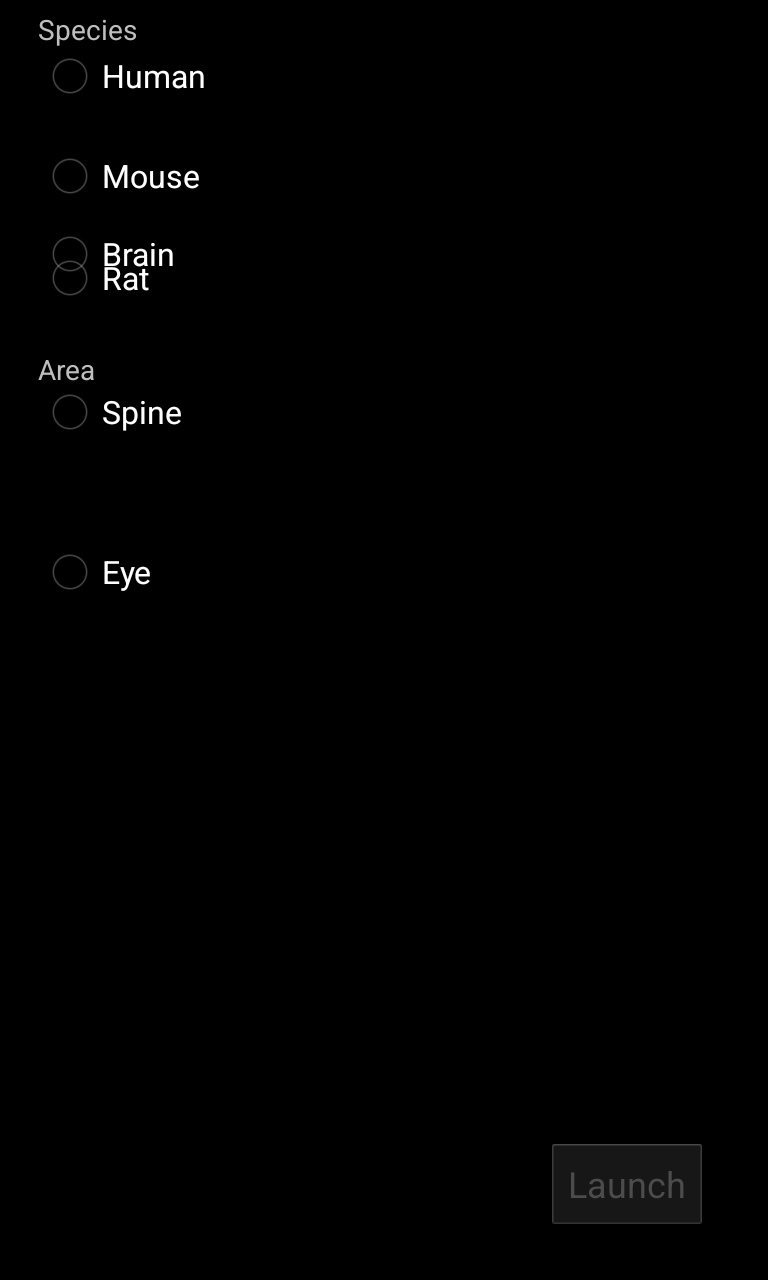
Repository: Ekarg/CSCE315Project3
Layout: Project3/res/layout/activity_main.xml
An editor plug-in stored every save of this project. The layout is shown before and after the next save, followed by the edit.
It is drawn on a 768 x 1280 px phone screen (xhdpi) without system bars, with theme android:Theme.Holo; the app's code is not run.

Above is the layout before, as saved 2013-11-27 19:57:09.

### Project3/res/layout/activity_main.xml
<RelativeLayout xmlns:android="http://schemas.android.com/apk/res/android"
    xmlns:tools="http://schemas.android.com/tools"
    android:layout_width="match_parent"
    android:layout_height="match_parent"
    android:paddingBottom="5dp"
    android:paddingLeft="5dp"
    android:paddingRight="5dp"
    android:paddingTop="5dp"
    tools:context=".MainActivity" >

    <Button
        android:id="@+id/button1"
        android:layout_width="wrap_content"
        android:layout_height="wrap_content"
        android:layout_alignParentBottom="true"
        android:layout_alignParentRight="true"
        android:layout_marginBottom="19dp"
        android:layout_marginRight="24dp"
        android:enabled = "false"
		android:onClick="launch"
        android:text="@string/Button" />

    <TextView
        android:id="@+id/textView1"
        android:layout_width="wrap_content"
        android:layout_height="wrap_content"
        android:layout_marginLeft="14dp"
        android:layout_alignParentTop="true"
        android:text="@string/species" />

   <RadioGroup
        android:id="@+id/radioGroup1"
        android:layout_width="fill_parent"
        android:layout_height="wrap_content"
        android:layout_alignParentTop="true"
        android:layout_centerHorizontal="true"
        android:orientation="vertical" >

        <RadioButton
            android:id="@+id/radioButton1"
            android:layout_width="wrap_content"
            android:layout_height="wrap_content"
            android:layout_marginLeft="14dp"
            android:checked = "false"
            android:layout_marginTop="17dp"
            android:text="@string/human"
            android:onClick="onRadioButtonClicked"/>

        <RadioButton
            android:id="@+id/radioButton2"
            android:layout_width="wrap_content"
            android:layout_height="wrap_content"
            android:layout_marginLeft="14dp"
            android:checked = "false"
            android:layout_marginTop="18dp"
            android:text="@string/mouse"
            android:onClick="onRadioButtonClicked"/>

        <RadioButton
            android:id="@+id/radioButton3"
            android:layout_width="wrap_content"
            android:layout_height="wrap_content"
            android:layout_marginLeft="14dp"
            android:checked = "false"
            android:layout_marginTop="19dp"
            android:text="@string/rat"
            android:onClick="onRadioButtonClicked"/>
    </RadioGroup>

    <TextView
        android:id="@+id/textView2"
        android:layout_width="wrap_content"
        android:layout_height="wrap_content"
        android:layout_alignLeft="@+id/textView1"
        android:layout_below="@+id/radioGroup1"
        android:layout_marginTop="20dp"
        android:text="@string/area"
        android:onClick="onRadioButtonClicked" />

     <RadioGroup
        android:id="@+id/radioGroup2"
        android:layout_width="fill_parent"
        android:layout_height="wrap_content"
        android:checked = "false"
        android:layout_marginTop="46dp"
        android:layout_centerHorizontal="true"
        android:orientation="vertical" >

	    <RadioButton
	        android:id="@+id/radioButton5"
	        android:layout_width="wrap_content"
	        android:layout_height="wrap_content"
	        android:checked = "false"
	        android:layout_marginLeft="14dp"
	        android:layout_marginTop="60dp"
	        android:text="@string/brain"
	        android:onClick="onRadioButtonClicked" />

	    <RadioButton
	        android:id="@+id/radioButton4"
	        android:layout_width="wrap_content"
	        android:layout_height="wrap_content"
	        android:checked = "false"
	        android:layout_marginLeft="14dp"
	        android:layout_marginTop="47dp"
	        android:text="@string/spine"
	        android:onClick="onRadioButtonClicked"/>

	     <RadioButton
         android:id="@+id/radioButton6"
         android:layout_width="wrap_content"
         android:layout_height="wrap_content"
         android:checked = "false"
         android:layout_marginLeft="14dp"
         android:layout_marginTop="48dp"
         android:text="@string/eye"
         android:onClick="onRadioButtonClicked" />
	</RadioGroup>



</RelativeLayout>

### Project3/res/values/strings.xml
<?xml version="1.0" encoding="utf-8"?>
<resources>

    <string name="app_name">Show Me the.... Neuron!</string>
    <string name="action_settings">Settings</string>
    <string name="hello_world">Hello world!</string>
    <string name="Button">Launch</string>
    <string name="title_activity_second">Neuron Display</string>
    <string name="species">Species</string>
    <string name="human">Human</string>
    <string name="mouse">Mouse</string>
    <string name="rat">Rat</string>
    <string name="area">Area</string>
    <string name="eye">Eye</string>
    <string name="brain">Brain</string>
    <string name="spine">Spine</string>


</resources>

After the next save:
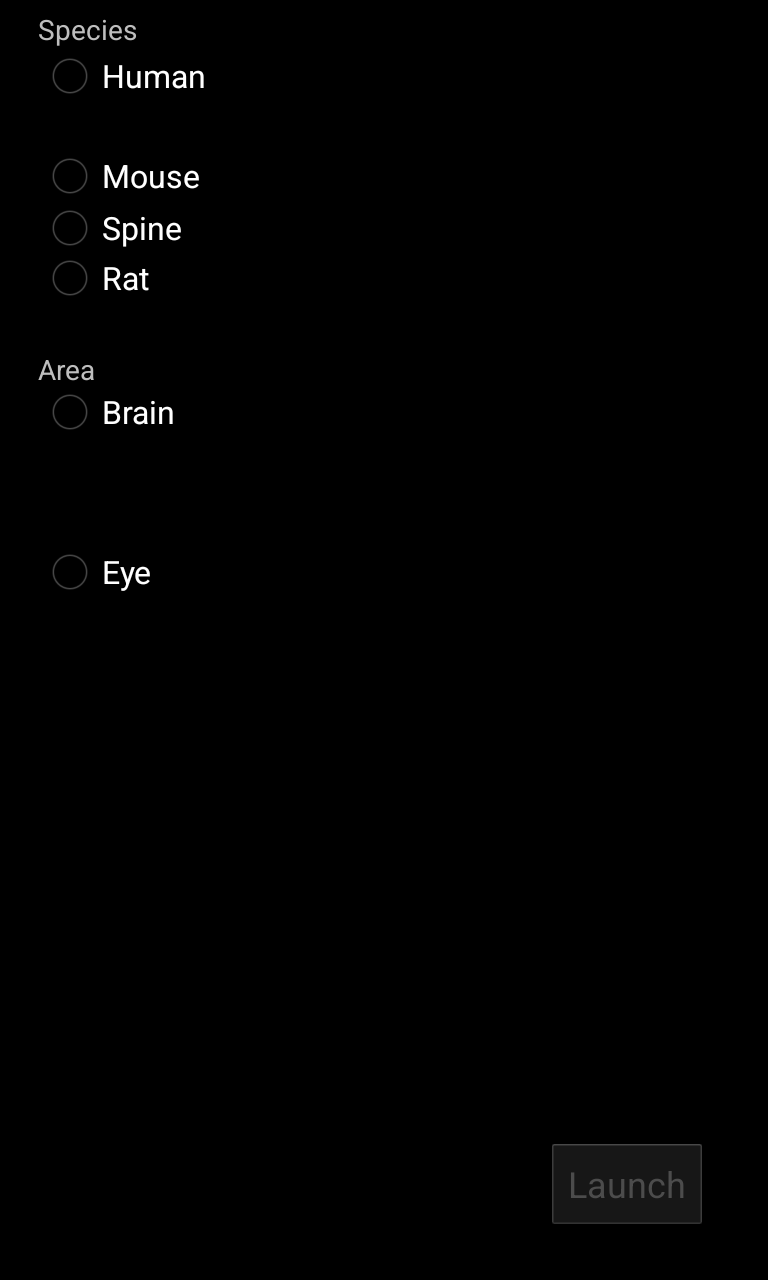
Saved 21 s later.
--- a/Project3/res/layout/activity_main.xml
+++ b/Project3/res/layout/activity_main.xml
@@ -87,16 +87,6 @@
         android:orientation="vertical" >
 
 	    <RadioButton
-	        android:id="@+id/radioButton5"
-	        android:layout_width="wrap_content"
-	        android:layout_height="wrap_content"
-	        android:checked = "false"
-	        android:layout_marginLeft="14dp"
-	        android:layout_marginTop="60dp"
-	        android:text="@string/brain"
-	        android:onClick="onRadioButtonClicked" />
-
-	    <RadioButton
 	        android:id="@+id/radioButton4"
 	        android:layout_width="wrap_content"
 	        android:layout_height="wrap_content"
@@ -105,6 +95,16 @@
 	        android:layout_marginTop="47dp"
 	        android:text="@string/spine"
 	        android:onClick="onRadioButtonClicked"/>
+
+	    <RadioButton
+	        android:id="@+id/radioButton5"
+	        android:layout_width="wrap_content"
+	        android:layout_height="wrap_content"
+	        android:layout_marginLeft="14dp"
+	        android:layout_marginTop="60dp"
+	        android:checked="false"
+	        android:onClick="onRadioButtonClicked"
+	        android:text="@string/brain" />
 
 	     <RadioButton
          android:id="@+id/radioButton6"
